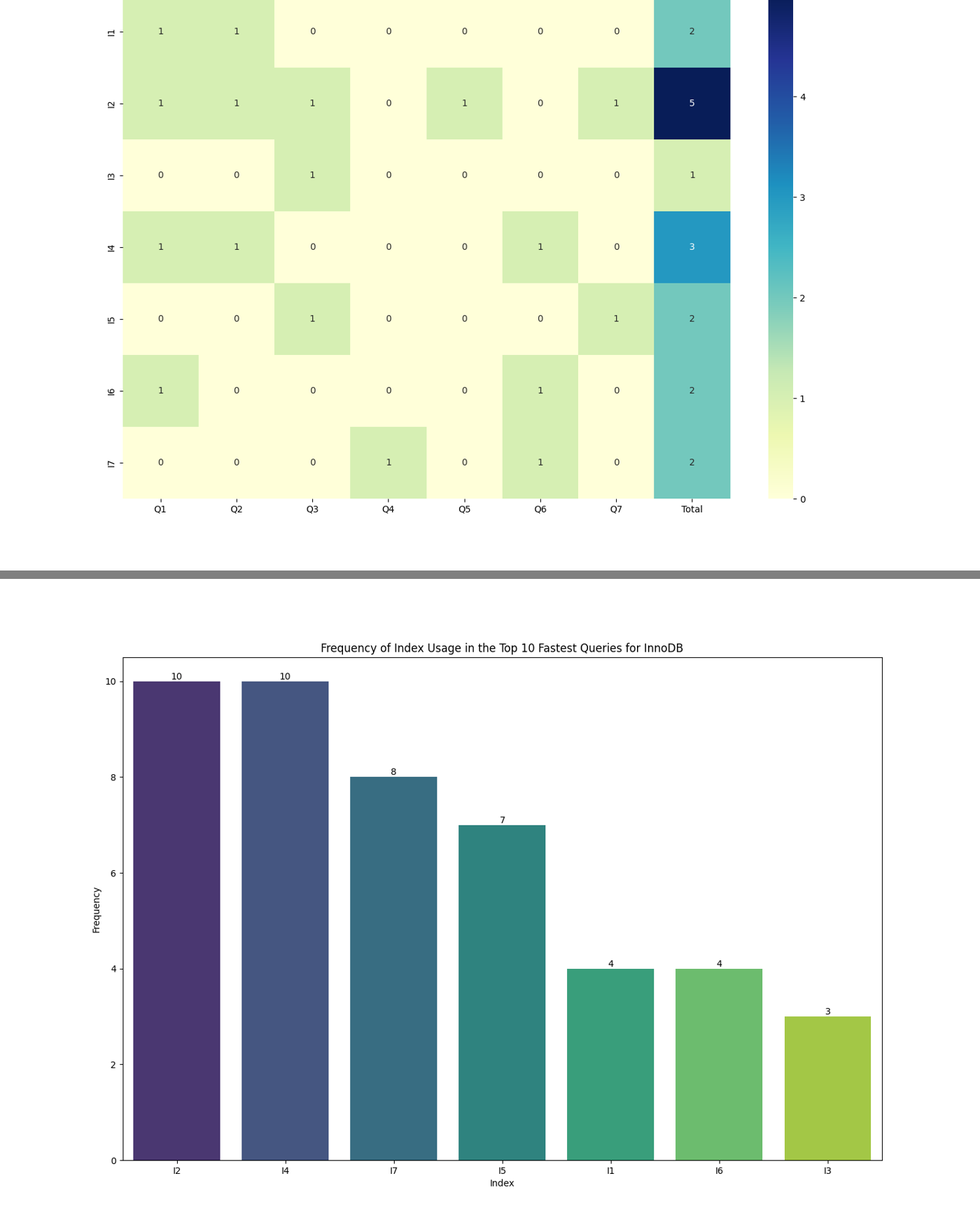
Repository: MarioPasc/Base-de-Datos-Microbiomas
Script's output: python src/mysql_performance_analysis.py
The author's editor kept a copy of each file at every save. The script's output is drawn from the files as they stood at one save, then again after the next save.
The pictures show rows 5111 to 6871 of an output 6871 px tall, at 70% of full size.
Each picture stacks the figures in order, with grey between them; figures that are only written to a file come last. Figures wider than 1,400 px are first shrunk to that width. Random numbers start from a fixed seed.

Above is the script's output before, as saved 2024-06-08 11:22:19.

After the next save:
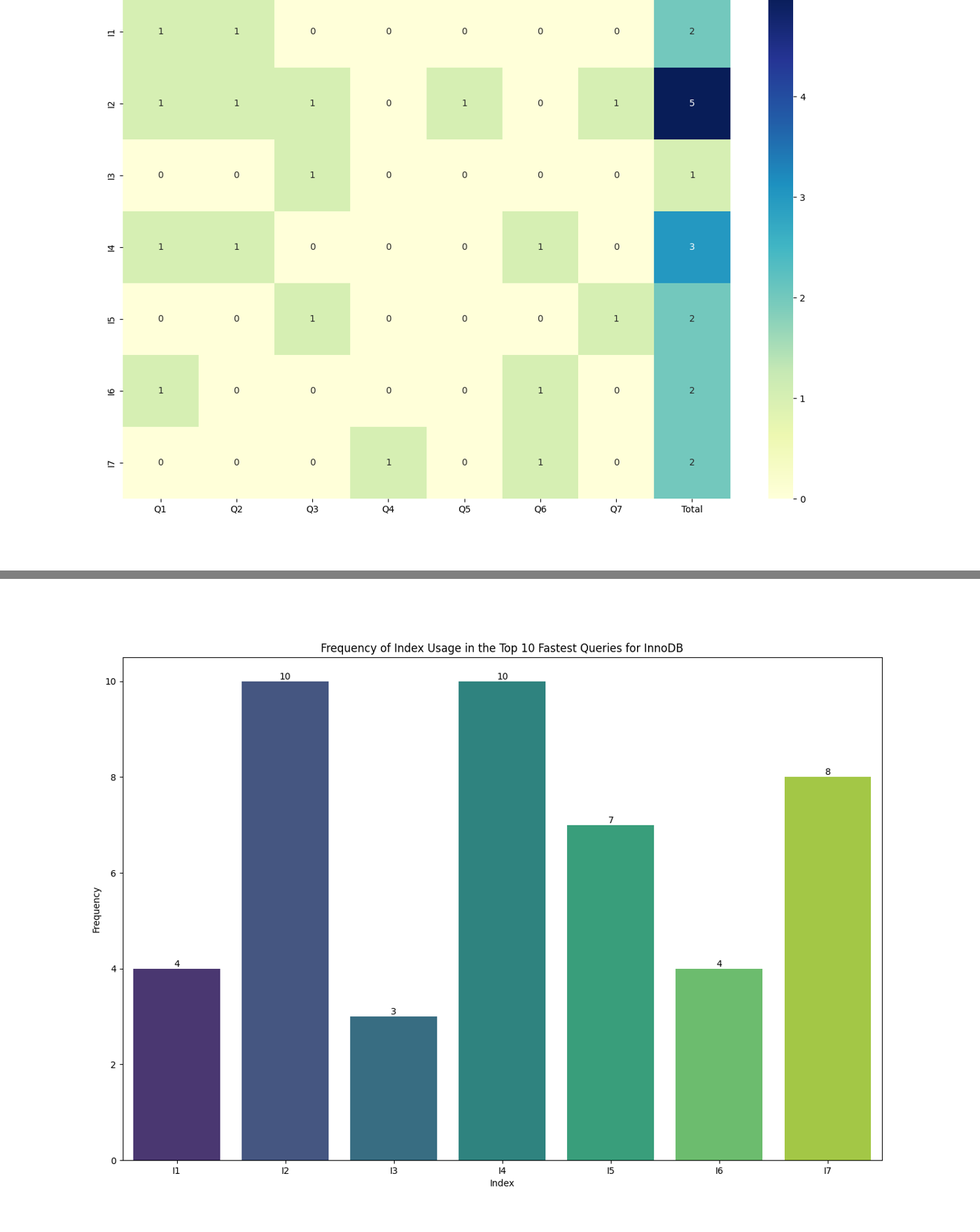
Saved 91 s later.
--- a/src/mysql_performance_analysis.py
+++ b/src/mysql_performance_analysis.py
@@ -124,6 +124,10 @@ class CSVVisualizer:
         # Count the frequency of each index
         index_counts = all_indices.value_counts()
 
+        # Ensure the index order is "I1", "I2", "I3", ..., "I7"
+        index_order = [f'I{i}' for i in range(1, 8)]
+        index_counts = index_counts.reindex(index_order).fillna(0)
+
         # Plot the frequency of each index
         plt.figure(figsize=(15, 10))
         barplot = sns.barplot(x=index_counts.index, y=index_counts.values, palette='viridis')
@@ -132,8 +136,8 @@ class CSVVisualizer:
         barplot.set_title('Frequency of Index Usage in the Top 10 Fastest Queries for InnoDB')
 
         # Annotate the bars with the frequency values
-        for i in barplot.containers:
-            barplot.bar_label(i)
+        for container in barplot.containers:
+            barplot.bar_label(container)
 
         plt.savefig(f"{self.figure_path}innodb_index_frequency.png")
         plt.close()
